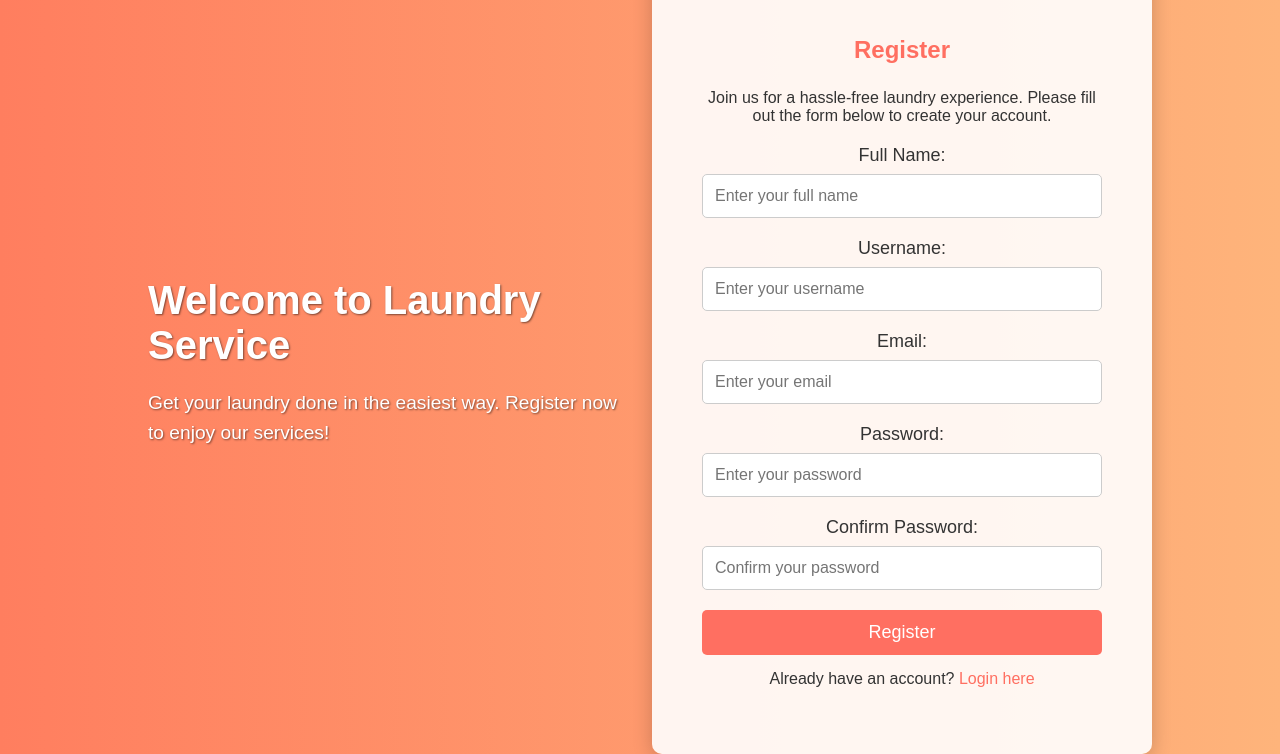
Repository: wmrmweerakoon/Online-Laundry-Management-System
Page: http://localhost/LaundryManagementSystem/Register.jsp
These files come from the project's save history. The page is drawn as it stood at one moment and after the next save; the edit follows.
The browser window is 1280 px wide. The pictures show the whole page.
The page is served by Tomcat 9. Other server files are loaded and not shown.

Above is the page before, as saved 2024-10-07 09:29:08.

### Projects/LaundryManagementSystem/src/main/webapp/Register.jsp
<%@ page language="java" contentType="text/html; charset=UTF-8"
    pageEncoding="UTF-8"%>
<!DOCTYPE html>
<html lang="en">
<head>
    <meta charset="UTF-8">
    <meta name="viewport" content="width=device-width, initial-scale=1.0">
    <title>Register - Online Laundry Management System</title>
    <link rel="stylesheet" href="CSS/Register.css">
</head>
<body>
    <div class="register-background">
        <!-- Updated content-container div for layout -->
        <div class="content-container">
            <!-- Text content side-by-side with form -->
            <div class="text-content">
                <h1>Welcome to Laundry Service</h1>
                <p>Get your laundry done in the easiest way. Register now to enjoy our services!</p>
            </div>

            <!-- Register form container -->
            <div class="register-container">
                <h2>Register</h2>
                <p class="info-text">Join us for a hassle-free laundry experience. Please fill out the form below to create your account.</p>

                <form id="registerForm" action="RegisterServlet" method="POST" onsubmit="return validateForm()">
                    <div class="form-group">
                        <label for="fullname">Full Name:</label>
                        <input type="text" id="fullname" name="fullname" placeholder="Enter your full name" required>
                    </div>
                    <div class="form-group">
                        <label for="username">Username:</label>
                        <input type="text" id="username" name="username" placeholder="Enter your username" required>
                    </div>
                    <div class="form-group">
                        <label for="email">Email:</label>
                        <input type="email" id="email" name="email" placeholder="Enter your email" required>
                    </div>
                    <div class="form-group">
                        <label for="password">Password:</label>
                        <input type="password" id="password" name="password" placeholder="Enter your password" required>
                    </div>
                    <div class="form-group">
                        <label for="confirmPassword">Confirm Password:</label>
                        <input type="password" id="confirmPassword" name="confirmPassword" placeholder="Confirm your password" required>
                    </div>
                    <button type="submit">Register</button>
                </form>
                <p>Already have an account? <a href="Login.jsp">Login here</a></p>
            </div>
        </div>
    </div>

    <script>
        function validateForm() {
            const fullname = document.getElementById('fullname').value.trim();
            const username = document.getElementById('username').value.trim();
            const email = document.getElementById('email').value.trim();
            const password = document.getElementById('password').value;
            const confirmPassword = document.getElementById('confirmPassword').value;

            let valid = true;
            let errorMessage = "";

            clearErrors();

            // Validate Full Name
            if (fullname === "") {
                valid = false;
                errorMessage = "Full Name is required.";
                showError('fullname', errorMessage);
            }

            // Validate Username
            if (username === "") {
                valid = false;
                errorMessage = "Username is required.";
                showError('username', errorMessage);
            }

            // Validate Email
            if (email === "") {
                valid = false;
                errorMessage = "Email is required.";
                showError('email', errorMessage);
            } else if (!validateEmail(email)) {
                valid = false;
                errorMessage = "Invalid email format.";
                showError('email', errorMessage);
            }

            // Validate Password
            if (password === "") {
                valid = false;
                errorMessage = "Password is required.";
                showError('password', errorMessage);
            } else if (password.length < 8) {
                valid = false;
                errorMessage = "Password must be at least 8 characters long.";
                showError('password', errorMessage);
            }

            // Validate Confirm Password
            if (confirmPassword === "") {
                valid = false;
                errorMessage = "Please confirm your password.";
                showError('confirmPassword', errorMessage);
            } else if (password !== confirmPassword) {
                valid = false;
                errorMessage = "Passwords do not match.";
                showError('confirmPassword', errorMessage);
            }

            return valid;
        }

        function showError(inputId, message) {
            const errorElement = document.createElement('span');
            errorElement.className = 'error';
            errorElement.textContent = message;

            const inputField = document.getElementById(inputId);
            inputField.parentNode.insertBefore(errorElement, inputField.nextSibling);
        }

        function clearErrors() {
            const errorElements = document.querySelectorAll('.error');
            errorElements.forEach(element => {
                element.remove();
            });
        }

        function validateEmail(email) {
            const emailPattern = /^[^\s@]+@[^\s@]+\.[^\s@]+$/;
            return emailPattern.test(email);
        }
    </script>
</body>
</html>

### Projects/LaundryManagementSystem/src/main/webapp/CSS/Register.css
@charset "UTF-8";

body {
    font-family: 'Arial', sans-serif;
    margin: 0;
    padding: 0;
    height: 100vh;
    display: flex;
    justify-content: center;
    align-items: center;
    background: linear-gradient(to right, #ff7e5f, #feb47b); /* Gradient background */
}

.register-background {
    display: flex;
    justify-content: center;
    align-items: center;
    width: 100%;
    height: 100%;
    background: linear-gradient(to right, #ff7e5f, #feb47b); /* Matching gradient */
}

.content-container {
    display: flex;
    width: 80%;
    max-width: 1200px;
    justify-content: space-between;
    align-items: center;
    color: white;
}

.text-content {
    flex: 1;
    padding: 20px;
    color: #fff;
    font-size: 1.2rem;
    text-shadow: 1px 1px 2px rgba(0, 0, 0, 0.5); /* Text shadow for clarity on gradient */
}

.text-content h1 {
    font-size: 2.5rem;
    margin-bottom: 20px;
}

.text-content p {
    line-height: 1.6;
    margin-bottom: 20px;
}

.register-container {
    background-color: rgba(255, 255, 255, 0.9);
    padding: 50px;
    border-radius: 10px;
    box-shadow: 0 4px 20px rgba(0, 0, 0, 0.2);
    width: 400px;
    text-align: center;
    color: #333; /* Ensuring better contrast for form text */
}

h2 {
    color: #ff6f61;
    margin-bottom: 25px;
}

.info-text {
    margin-bottom: 20px;
    color: #333;
}

.form-group {
    margin-bottom: 20px;
}

label {
    font-size: 18px;
    color: #333;
}

input[type="text"],
input[type="email"],
input[type="password"] {
    width: 100%;
    padding: 12px;
    margin-top: 8px;
    border: 1px solid #ccc;
    border-radius: 5px;
    font-size: 16px;
    box-sizing: border-box; /* Ensure consistent sizing */
    transition: border-color 0.3s;
}

input:focus {
    border-color: #ff6f61;
}

button {
    width: 100%;
    padding: 12px;
    background-color: #ff6f61;
    color: #fff;
    border: none;
    border-radius: 5px;
    font-size: 18px;
    cursor: pointer;
    transition: background-color 0.3s;
}

button:hover {
    background-color: #ff4824;
}

.error {
    color: red;
    font-size: 14px;
    margin-top: 5px;
    margin-bottom: 10px;
}

p {
    margin-top: 15px;
}

p a {
    color: #ff6f61;
    text-decoration: none;
}

p a:hover {
    text-decoration: underline;
}

After the next save:
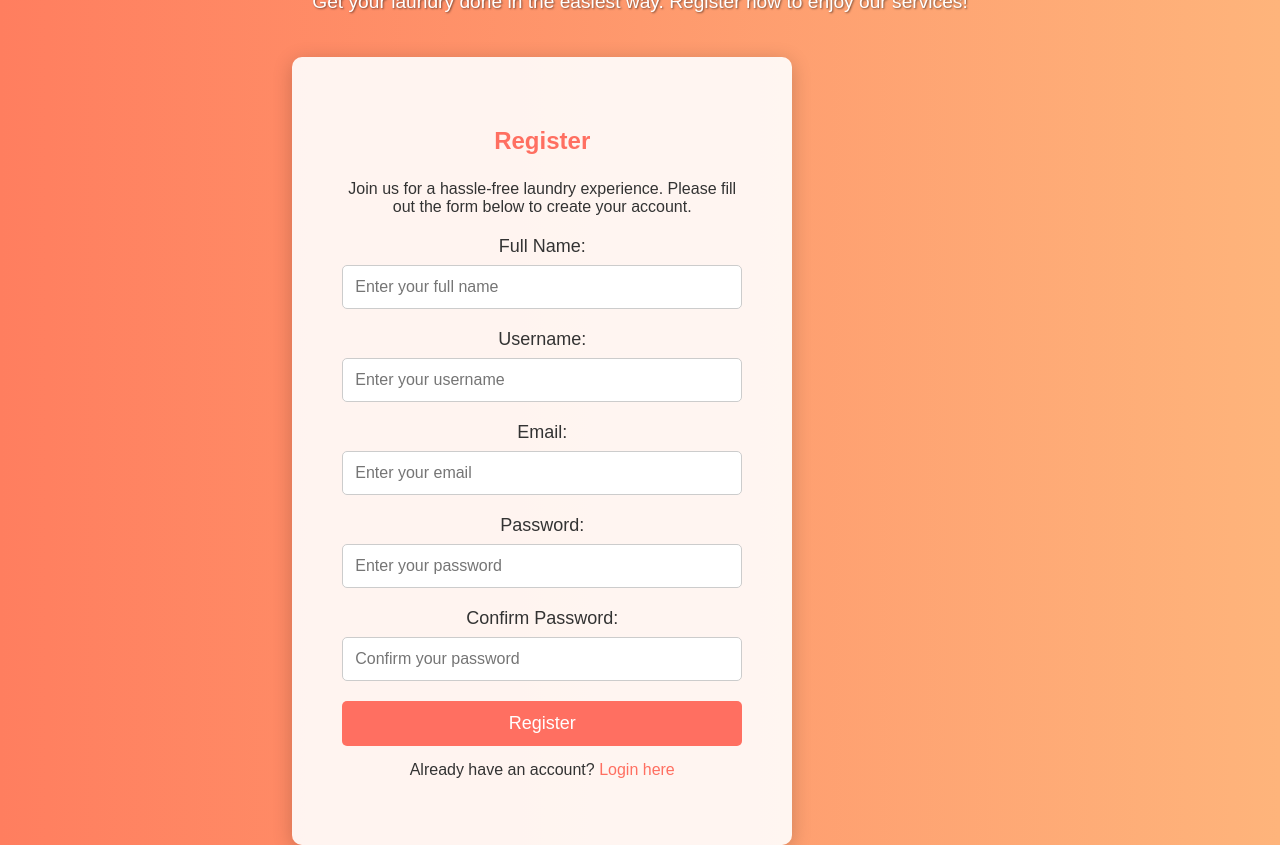
Saved 3 min 10 s later.
--- a/Projects/LaundryManagementSystem/src/main/webapp/CSS/Register.css
+++ b/Projects/LaundryManagementSystem/src/main/webapp/CSS/Register.css
@@ -20,14 +20,17 @@
     background: linear-gradient(to right, #ff7e5f, #feb47b); /* Matching gradient */
 }
 
-.content-container {
-    display: flex;
-    width: 80%;
-    max-width: 1200px;
-    justify-content: space-between;
-    align-items: center;
-    color: white;
+.register-container {
+    background-color: rgba(255, 255, 255, 0.9);
+    padding: 30px; /* Reduced padding to minimize the height */
+    border-radius: 10px;
+    box-shadow: 0 4px 20px rgba(0, 0, 0, 0.2);
+    width: 400px;
+    text-align: center;
+    color: #333; /* Ensuring better contrast for form text */
 }
+
+
 
 .text-content {
     flex: 1;

After the save that followed:
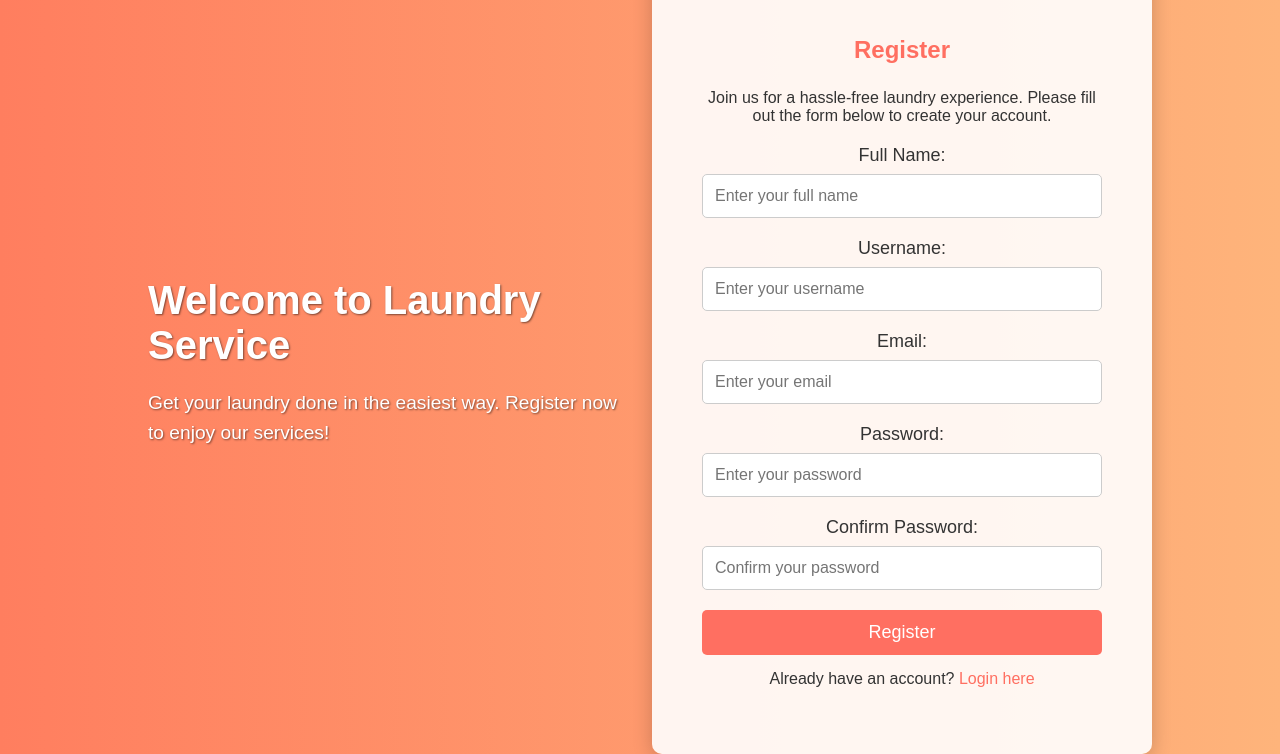
Saved 22 s later.
--- a/Projects/LaundryManagementSystem/src/main/webapp/CSS/Register.css
+++ b/Projects/LaundryManagementSystem/src/main/webapp/CSS/Register.css
@@ -20,17 +20,14 @@
     background: linear-gradient(to right, #ff7e5f, #feb47b); /* Matching gradient */
 }
 
-.register-container {
-    background-color: rgba(255, 255, 255, 0.9);
-    padding: 30px; /* Reduced padding to minimize the height */
-    border-radius: 10px;
-    box-shadow: 0 4px 20px rgba(0, 0, 0, 0.2);
-    width: 400px;
-    text-align: center;
-    color: #333; /* Ensuring better contrast for form text */
+.content-container {
+    display: flex;
+    width: 80%;
+    max-width: 1200px;
+    justify-content: space-between;
+    align-items: center;
+    color: white;
 }
-
-
 
 .text-content {
     flex: 1;
